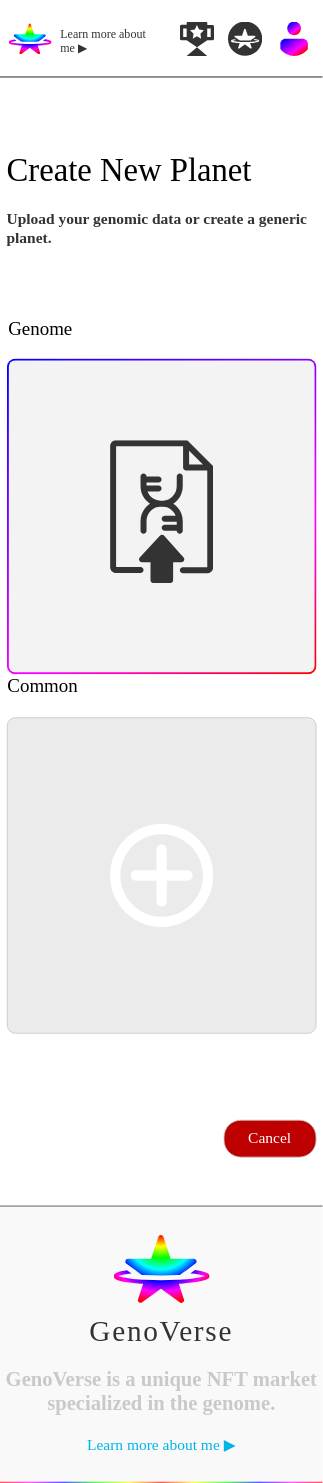
Repository: superHotBob/bioart
Page: /createnewplanet/createnewplanet_01
An editor plug-in stored every save of this project. The page is shown before and after the next save, followed by the edit.
The browser window is 375 px wide. The pictures show the whole page, at 86% of full size.
Some web fonts or font styles are not loaded; a fallback is used. The project was rebuilt for these pictures with package versions that can differ from the ones it lists, and the page was loaded fresh each time. Some packages were replaced by stand-ins written for this rebuild. The framework's server and built-in components were replaced by stand-ins that run in the browser. Also part of the build but not shown: next.config.js.

Above is the page before, as saved 2022-04-06 12:34:46.

After the next save:
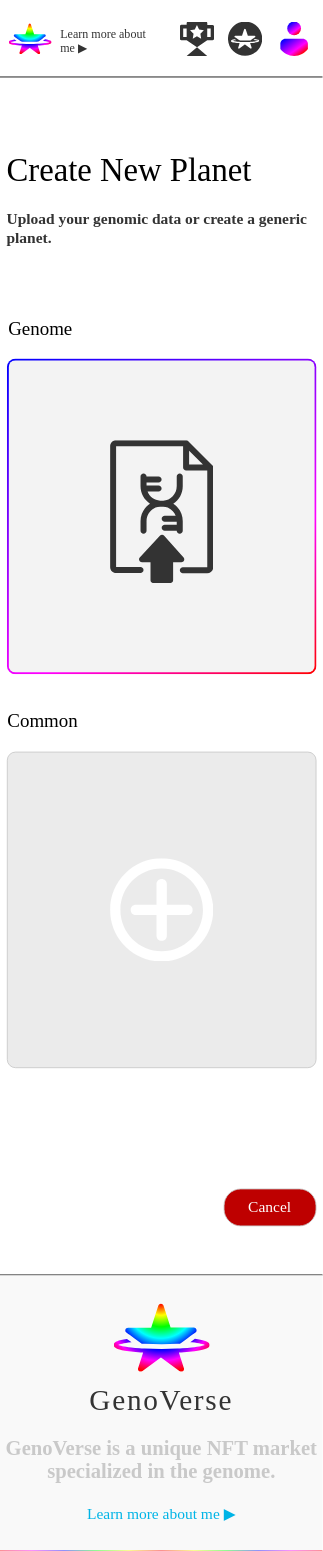
Saved 20 s later.
--- a/pages/createnewplanet/createnewplanet_01.js
+++ b/pages/createnewplanet/createnewplanet_01.js
@@ -116,7 +116,7 @@ export default function CreateNewPlanetOne() {
           .genome div {
             width: 100%;
             height: 98vw;
-            margin-bottom: 50px;
+            margin-bottom: 90px;
           }
         }
       `}</style>
